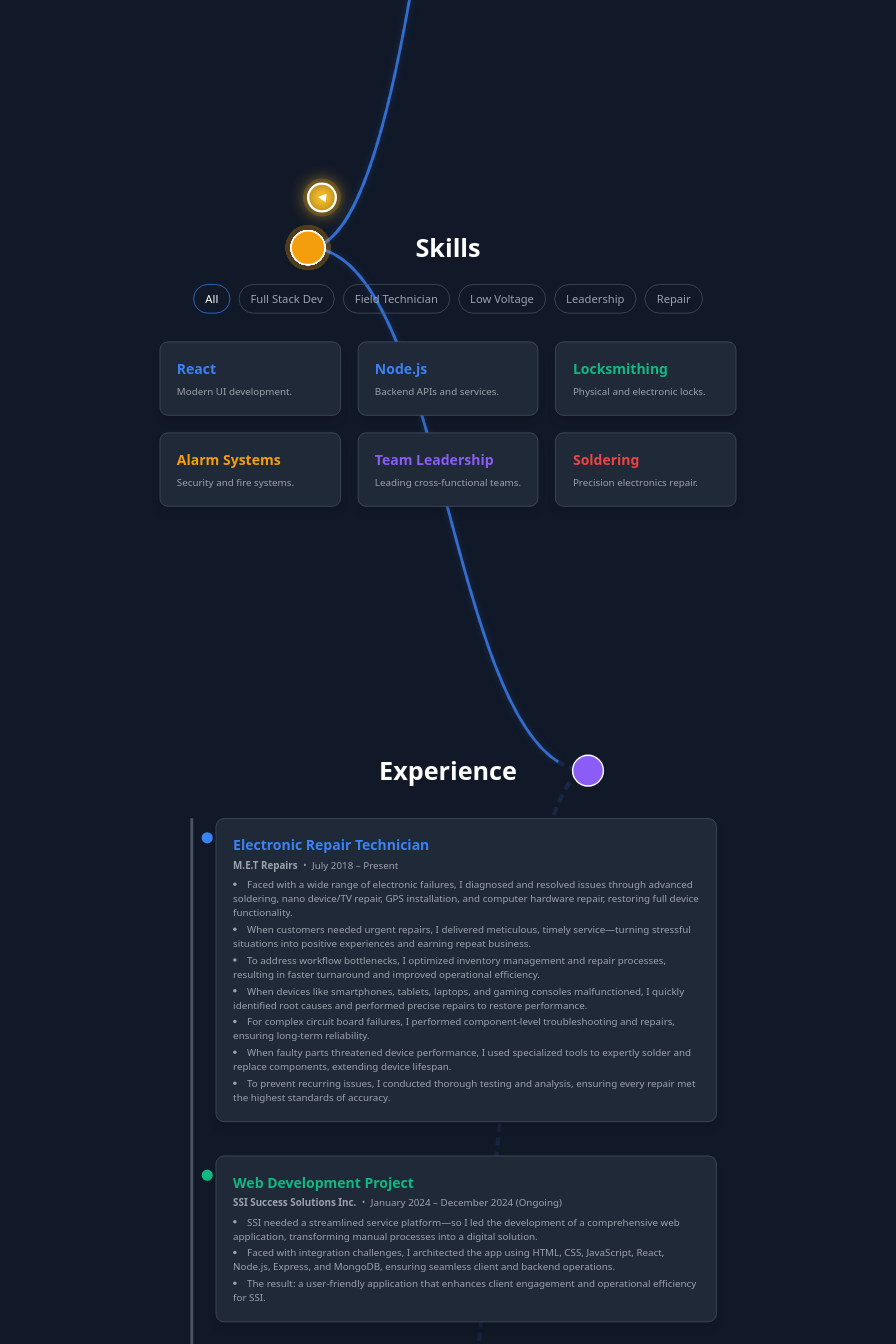
Repository: Mrguru2024/MyResumeSite
Page: /
The author's editor kept a copy of each file at every save. The page is drawn from the files as they stood at one save, then again after the next save.
The browser window is 1280 px wide. The pictures show the part of the page from y = 2077 to 3997 px (the page is 9209 px tall before and 9659 px after), at 70% of full size.
The project was rebuilt for these pictures with package versions that can differ from the ones it lists, and the page was loaded fresh each time. The framework's server and built-in components were replaced by stand-ins that run in the browser. Also part of the build but not shown: next.config.mjs.

Above is the page before, as saved 2025-05-11 18:09:02.

### src/app/layout.tsx
import type { Metadata } from "next";
import { Inter } from "next/font/google";
import "./globals.css";

const inter = Inter({
  subsets: ["latin"],
  display: "swap",
  variable: "--font-inter",
});

export const metadata: Metadata = {
  title: "Anthony 'Mrguru' Feaster - Interactive Resume",
  description: "Interactive resume website showcasing Anthony Feaster's skills, experience, and projects",
};

export default function RootLayout({
  children,
}: {
  children: React.ReactNode;
}) {
  return (
    <html lang="en" className="scroll-smooth">
      <body className={`${inter.variable} font-sans antialiased`}>
        {children}
      </body>
    </html>
  );
}

### src/app/page.tsx
"use client";
import Hero from "@/components/sections/Hero";
import About from "@/components/sections/About";
import Skills from "@/components/sections/Skills";
import Experience from "@/components/sections/Experience";
import Portfolio from "@/components/sections/Portfolio";
import BlueprintRoute from "@/components/ui/BlueprintRoute";
import { motion } from "framer-motion";
import { ErrorBoundary } from "react-error-boundary";
import { useState } from "react";
import { ActiveSectionContext } from "@/context/ActiveSectionContext";

// Debug imports
console.log("Hero:", Hero);
console.log("About:", About);
console.log("Skills:", Skills);
console.log("Experience:", Experience);
console.log("Portfolio:", Portfolio);

function ErrorFallback({
  error,
  resetErrorBoundary,
}: {
  error: Error;
  resetErrorBoundary: () => void;
}) {
  return (
    <div role="alert" className="p-4 bg-red-100 text-red-700 rounded">
      <p>Something went wrong:</p>
      <pre>{error.message}</pre>
      <button
        onClick={resetErrorBoundary}
        className="mt-2 px-4 py-2 bg-red-500 text-white rounded"
      >
        Try again
      </button>
    </div>
  );
}

export default function Home() {
  // Debug component rendering
  console.log("Rendering Home component");

  const [active, setActive] = useState(0);

  // Optionally, listen for BlueprintRoute updates (to be wired in BlueprintRoute)

  return (
    <ActiveSectionContext.Provider value={{ active, setActive }}>
      <div className="relative w-full min-h-screen bg-background-dark">
        {/* BlueprintRoute as absolute, full-height, behind content */}
        <div className="absolute top-0 left-0 w-full h-full pointer-events-none z-0">
          <BlueprintRoute />
        </div>
        {/* Main content with scroll snap */}
        <main className="relative z-10 snap-y snap-mandatory">
          {/* Hero Section */}
          <section
            id="hero"
            className="min-h-screen flex items-center justify-center relative snap-start"
          >
            <Hero />
          </section>
          {/* About Section */}
          <section
            id="about"
            className="min-h-screen pt-32 flex items-center justify-center relative snap-start"
          >
            <About />
          </section>
          {/* Skills Section */}
          <section
            id="skills"
            className="min-h-screen pt-32 flex items-center justify-center relative snap-start"
          >
            <Skills />
          </section>
          {/* Experience Section */}
          <section
            id="experience"
            className="min-h-screen pt-32 flex items-center justify-center relative snap-start"
          >
            <Experience />
          </section>
          {/* Portfolio Section */}
          <section
            id="portfolio"
            className="min-h-screen pt-32 flex items-center justify-center relative snap-start"
          >
            <Portfolio />
          </section>
        </main>
      </div>
    </ActiveSectionContext.Provider>
  );
}

### src/app/globals.css
@tailwind base;
@tailwind components;
@tailwind utilities;

@layer base {
  :root {
    --background: 0 0% 100%;
    --foreground: 222.2 84% 4.9%;
    --card: 0 0% 100%;
    --card-foreground: 222.2 84% 4.9%;
    --popover: 0 0% 100%;
    --popover-foreground: 222.2 84% 4.9%;
    --primary: 221.2 83.2% 53.3%;
    --primary-foreground: 210 40% 98%;
    --secondary: 210 40% 96.1%;
    --secondary-foreground: 222.2 47.4% 11.2%;
    --muted: 210 40% 96.1%;
    --muted-foreground: 215.4 16.3% 46.9%;
    --accent: 210 40% 96.1%;
    --accent-foreground: 222.2 47.4% 11.2%;
    --destructive: 0 84.2% 60.2%;
    --destructive-foreground: 210 40% 98%;
    --border: 214.3 31.8% 91.4%;
    --input: 214.3 31.8% 91.4%;
    --ring: 221.2 83.2% 53.3%;
    --radius: 0.5rem;
  }

  .dark {
    --background: 222.2 84% 4.9%;
    --foreground: 210 40% 98%;
    --card: 222.2 84% 4.9%;
    --card-foreground: 210 40% 98%;
    --popover: 222.2 84% 4.9%;
    --popover-foreground: 210 40% 98%;
    --primary: 217.2 91.2% 59.8%;
    --primary-foreground: 222.2 47.4% 11.2%;
    --secondary: 217.2 32.6% 17.5%;
    --secondary-foreground: 210 40% 98%;
    --muted: 217.2 32.6% 17.5%;
    --muted-foreground: 215 20.2% 65.1%;
    --accent: 217.2 32.6% 17.5%;
    --accent-foreground: 210 40% 98%;
    --destructive: 0 62.8% 30.6%;
    --destructive-foreground: 210 40% 98%;
    --border: 217.2 32.6% 17.5%;
    --input: 217.2 32.6% 17.5%;
    --ring: 224.3 76.3% 48%;
  }
}

@layer utilities {
  .perspective-1000 {
    perspective: 1000px;
  }

  .transform-style-3d {
    transform-style: preserve-3d;
  }

  .backface-hidden {
    backface-visibility: hidden;
  }

  .rotate-y-180 {
    transform: rotateY(180deg);
  }
}

html {
  scroll-behavior: smooth;
}

### src/components/sections/Hero/index.tsx
"use client";
import { useState, useEffect, useRef } from "react";
import { motion } from "framer-motion";
import Button from "@/components/ui/Button";

const TYPING_TEXT = "I fix. I code. I lead. I build what's needed.";

function useTypingEffect(text: string, speed = 40) {
  const [displayed, setDisplayed] = useState("");
  useEffect(() => {
    let i = 0;
    setDisplayed("");
    const interval = setInterval(() => {
      setDisplayed((prev) => prev + text[i]);
      i++;
      if (i >= text.length) clearInterval(interval);
    }, speed);
    return () => clearInterval(interval);
  }, [text, speed]);
  return displayed;
}

export default function Hero() {
  const typedSubtitle = useTypingEffect(TYPING_TEXT, 40);
  const containerRef = useRef<HTMLDivElement>(null);
  useEffect(() => {
    if (containerRef.current) {
      // Expose the ref globally for BlueprintRoute
      window.heroContainerRef = containerRef.current;
    }
  }, []);
  return (
    <section className="min-h-screen flex items-center justify-center relative pt-32">
      {/* Content */}
      <div
        ref={containerRef}
        className="container mx-auto px-4 sm:px-6 lg:px-8 bg-transparent relative"
      >
        <motion.div
          initial={{ opacity: 0, y: 20 }}
          animate={{ opacity: 1, y: 0 }}
          transition={{ duration: 0.8, delay: 0.2 }}
          className="text-center"
        >
          <h1 className="text-4xl sm:text-5xl md:text-6xl font-bold text-text-primary mb-6">
            Anthony "Mrguru" Feaster
          </h1>
          <h2 className="text-xl sm:text-2xl md:text-3xl text-text-accent mb-8">
            Full Stack Developer | Locksmith Lead | Low Voltage Specialist
          </h2>
          <motion.p
            initial={{ opacity: 0 }}
            animate={{ opacity: 1 }}
            transition={{ duration: 0.8, delay: 0.4 }}
            className="text-lg sm:text-xl text-text-secondary mb-12 min-h-[2.5rem]"
            aria-label={TYPING_TEXT}
          >
            {typedSubtitle}
            <span className="animate-pulse">|</span>
          </motion.p>
          <motion.div
            initial={{ opacity: 0, y: 20 }}
            animate={{ opacity: 1, y: 0 }}
            transition={{ duration: 0.8, delay: 0.6 }}
          >
            <Button
              onClick={() => {
                document
                  .getElementById("about")
                  ?.scrollIntoView({ behavior: "smooth" });
              }}
              variant="primary"
              size="lg"
              data-journey-button
            >
              Begin Journey
            </Button>
          </motion.div>
        </motion.div>
      </div>
    </section>
  );
}

### src/components/sections/Experience/index.tsx
"use client";
import { motion } from "framer-motion";
import { cn } from "@/lib/utils";

const EXPERIENCES = [
  {
    title: "Electronic Repair Technician",
    company: "M.E.T Repairs",
    dates: "July 2018 – Present",
    responsibilities: [
      "Faced with a wide range of electronic failures, I diagnosed and resolved issues through advanced soldering, nano device/TV repair, GPS installation, and computer hardware repair, restoring full device functionality.",
      "When customers needed urgent repairs, I delivered meticulous, timely service—turning stressful situations into positive experiences and earning repeat business.",
      "To address workflow bottlenecks, I optimized inventory management and repair processes, resulting in faster turnaround and improved operational efficiency.",
      "When devices like smartphones, tablets, laptops, and gaming consoles malfunctioned, I quickly identified root causes and performed precise repairs to restore performance.",
      "For complex circuit board failures, I performed component-level troubleshooting and repairs, ensuring long-term reliability.",
      "When faulty parts threatened device performance, I used specialized tools to expertly solder and replace components, extending device lifespan.",
      "To prevent recurring issues, I conducted thorough testing and analysis, ensuring every repair met the highest standards of accuracy.",
    ],
    color: "skill-fullstack",
  },
  {
    title: "Web Development Project",
    company: "SSI Success Solutions Inc.",
    dates: "January 2024 – December 2024 (Ongoing)",
    responsibilities: [
      "SSI needed a streamlined service platform—so I led the development of a comprehensive web application, transforming manual processes into a digital solution.",
      "Faced with integration challenges, I architected the app using HTML, CSS, JavaScript, React, Node.js, Express, and MongoDB, ensuring seamless client and backend operations.",
      "The result: a user-friendly application that enhances client engagement and operational efficiency for SSI.",
    ],
    color: "skill-field",
  },
  {
    title: "Low Voltage/Network Installation Technician",
    company: "Boss Networks",
    dates: "January 2023 – October 2024",
    responsibilities: [
      "When network performance was critical, I installed and configured low voltage systems to meet and exceed industry standards, ensuring optimal reliability.",
      "To minimize costly downtime, I proactively troubleshot and maintained network systems, resolving issues before they escalated.",
      "Faced with security threats, I implemented and maintained robust network security protocols, protecting systems from unauthorized access.",
      "When clients needed specialized systems, I installed and maintained security, fire alarm, and audiovisual equipment tailored to their needs.",
      "To ensure client satisfaction, I collaborated closely to assess requirements and recommend the best low voltage solutions.",
    ],
    color: "skill-lowvoltage",
  },
  {
    title: "Locksmith | Mobile Locksmith Technician",
    company: "Middle GA",
    dates: "April 2019 – August 2023",
    responsibilities: [
      "When clients faced lockouts or security concerns, I provided rapid on-site rekeying, key duplication, and automotive key services, restoring access and peace of mind.",
      "To ensure readiness for emergencies, I maintained tools and managed inventory, enabling quick response to urgent calls.",
      "By consistently delivering reliable, high-quality service, I built a reputation that drove customer referrals and repeat business.",
      "In emergency lockout situations, I responded promptly and efficiently, minimizing client stress and property disruption.",
      "For property security upgrades, I rekeyed locks, advised on high-security options, and performed non-destructive entry when needed.",
    ],
    color: "skill-cert",
  },
  {
    title: "Technical Repair and Inventory Specialist",
    company: "Office Depot",
    dates: "August 2015 – April 2016",
    responsibilities: [
      "When technical equipment failed, I provided expert cell phone repairs and maintenance, restoring functionality and minimizing downtime.",
      "To reduce waste and ensure repair readiness, I optimized inventory management, keeping essential components in stock.",
      "By focusing on customer needs, I delivered service that increased satisfaction and loyalty.",
    ],
    color: "skill-project",
  },
  {
    title: "Floor Tech Supervisor",
    company: "G & A Services",
    dates: "March 2015 – February 2016",
    responsibilities: [
      "Tasked with maintaining facility cleanliness, I led teams in buffer, wax, and strip operations, ensuring high standards across all shifts.",
      "To improve efficiency, I streamlined cleaning workflows, delivering consistent quality and faster results.",
      "By enforcing safety protocols, I reduced workplace accidents and created a safer environment for all staff.",
    ],
    color: "skill-leadership",
  },
  {
    title: "Forklift Operator",
    company: "Americold Logistics",
    dates: "October 2013 – June 2014",
    responsibilities: [
      "When material movement was critical, I operated forklifts to safely and efficiently meet daily productivity targets.",
      "To ensure shipment accuracy, I managed order picking and product inspection, maintaining high quality standards.",
      "By mentoring new operators, I improved team efficiency and upheld safety protocols.",
    ],
    color: "skill-other",
  },
];

export default function Experience() {
  return (
    <section className="min-h-screen flex items-center justify-center relative pt-32">
      <div className="container mx-auto px-4 sm:px-6 lg:px-8 bg-transparent">
        <motion.div
          className="w-full max-w-3xl mx-auto"
          initial={{ opacity: 0, y: 40 }}
          whileInView={{ opacity: 1, y: 0 }}
          viewport={{ once: true }}
          transition={{ duration: 0.7, delay: 0.2 }}
        >
          <h2 className="text-3xl sm:text-4xl font-bold text-text-primary mb-12 text-center">
            Experience
          </h2>
          <div className="relative border-l-4 border-card-border ml-4">
            {EXPERIENCES.map((exp, idx) => (
              <motion.div
                key={exp.title}
                initial={{ opacity: 0, x: -40 }}
                whileInView={{ opacity: 1, x: 0 }}
                viewport={{ once: true }}
                transition={{ duration: 0.6, delay: idx * 0.2 }}
                className="mb-12 ml-8 relative"
              >
                {/* Timeline dot */}
                <span
                  className={cn(
                    "absolute -left-6 top-4 w-6 h-6 rounded-full border-4 border-background-dark",
                    `bg-${exp.color}`
                  )}
                  aria-hidden="true"
                />
                <div className="bg-card-bg border border-card-border rounded-xl p-6 shadow-lg">
                  <h3
                    className={cn(
                      "text-xl font-bold mb-1",
                      `text-${exp.color}`
                    )}
                  >
                    {exp.title}
                  </h3>
                  <div className="flex flex-wrap items-center gap-2 mb-2">
                    <span className="text-text-secondary text-sm font-semibold">
                      {exp.company}
                    </span>
                    <span className="text-text-secondary text-xs">•</span>
                    <span className="text-text-secondary text-sm">
                      {exp.dates}
                    </span>
                  </div>
                  <ul className="list-disc list-inside text-text-secondary text-sm space-y-1">
                    {exp.responsibilities.map((item, i) => (
                      <li key={i}>{item}</li>
                    ))}
                  </ul>
                </div>
              </motion.div>
            ))}
          </div>
        </motion.div>
      </div>
    </section>
  );
}

### src/context/ActiveSectionContext.tsx
import { createContext } from "react";

export const ActiveSectionContext = createContext({
  active: 0,
  setActive: (i: number) => {},
});

### src/components/ui/Button/index.tsx
import { ButtonHTMLAttributes, forwardRef } from "react";
import { cn } from "@/lib/utils";

interface ButtonProps extends ButtonHTMLAttributes<HTMLButtonElement> {
  variant?: "primary" | "secondary" | "outline";
  size?: "sm" | "md" | "lg";
}

const Button = forwardRef<HTMLButtonElement, ButtonProps>(
  ({ className, variant = "primary", size = "md", ...props }, ref) => {
    return (
      <button
        className={cn(
          "inline-flex items-center justify-center rounded-md font-medium transition-colors focus-visible:outline-none focus-visible:ring-2 focus-visible:ring-ring focus-visible:ring-offset-2 disabled:opacity-50 disabled:pointer-events-none",
          {
            "bg-button-primary text-button-text hover:bg-button-primaryHover":
              variant === "primary",
            "bg-secondary text-white hover:bg-secondary/90":
              variant === "secondary",
            "border border-input bg-background hover:bg-accent hover:text-accent-foreground":
              variant === "outline",
            "h-9 px-3 text-sm": size === "sm",
            "h-10 px-4 py-2": size === "md",
            "h-11 px-8 text-lg": size === "lg",
          },
          className
        )}
        ref={ref}
        {...props}
      />
    );
  }
);

Button.displayName = "Button";

export default Button;

### src/lib/utils.ts
import { type ClassValue, clsx } from "clsx";
import { twMerge } from "tailwind-merge";

export function cn(...inputs: ClassValue[]) {
  return twMerge(clsx(...inputs));
}

Loaded but not shown: tailwind.config.js (54 lines, source omitted); src/components/ui/BlueprintRoute/index.tsx (676 lines, source omitted); src/components/sections/About/index.tsx (330 lines, source omitted); src/components/sections/Portfolio/index.tsx (201 lines, source omitted); src/components/sections/Skills/index.tsx (187 lines, source omitted)

After the next save:
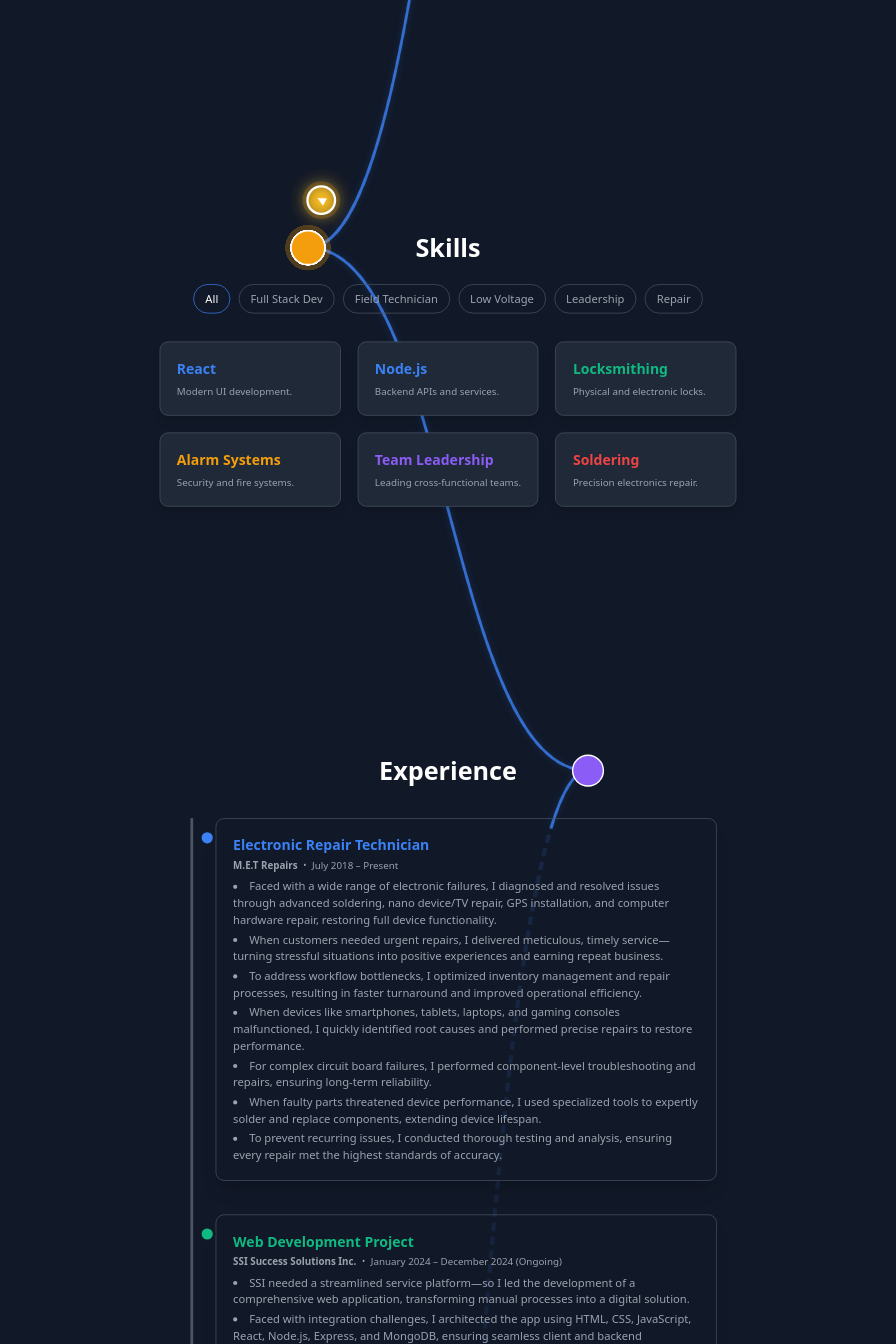
Saved 25 min 41 s later.
--- a/src/components/sections/Experience/index.tsx
+++ b/src/components/sections/Experience/index.tsx
@@ -122,11 +122,17 @@
                   )}
                   aria-hidden="true"
                 />
-                <div className="bg-card-bg border border-card-border rounded-xl p-6 shadow-lg">
+                <div className="bg-white/90 dark:bg-background-dark/90 border border-card-border rounded-xl p-6 shadow-xl">
                   <h3
                     className={cn(
-                      "text-xl font-bold mb-1",
-                      `text-${exp.color}`
+                      "text-xl font-bold mb-1 text-text-primary",
+                      `text-${exp.color}`,
+                      exp.title === "Locksmith | Mobile Locksmith Technician" &&
+                        "text-emerald-500",
+                      exp.title ===
+                        "Technical Repair and Inventory Specialist" &&
+                        "text-blue-500",
+                      exp.title === "Forklift Operator" && "text-yellow-500"
                     )}
                   >
                     {exp.title}
@@ -140,7 +146,7 @@
                       {exp.dates}
                     </span>
                   </div>
-                  <ul className="list-disc list-inside text-text-secondary text-sm space-y-1">
+                  <ul className="list-disc list-inside text-text-secondary text-[15px] font-medium space-y-1">
                     {exp.responsibilities.map((item, i) => (
                       <li key={i}>{item}</li>
                     ))}
